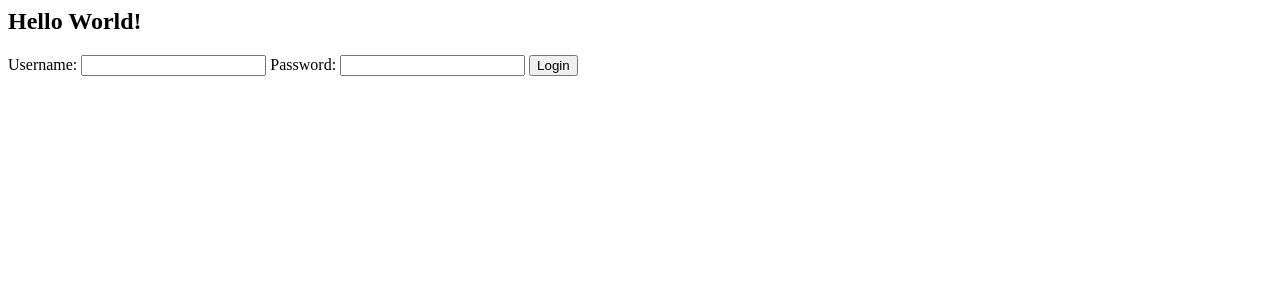
Repository: lharrill01/july_11_current_projects
Page: project1/src/main/webapp/Login.html
These files come from the project's save history. The page is drawn as it stood at one moment and after the next save; the edit follows.
The browser window is 1280 px wide. The pictures show the whole page.

Above is the page before, as saved 2019-07-07 18:48:38.

After the next save:
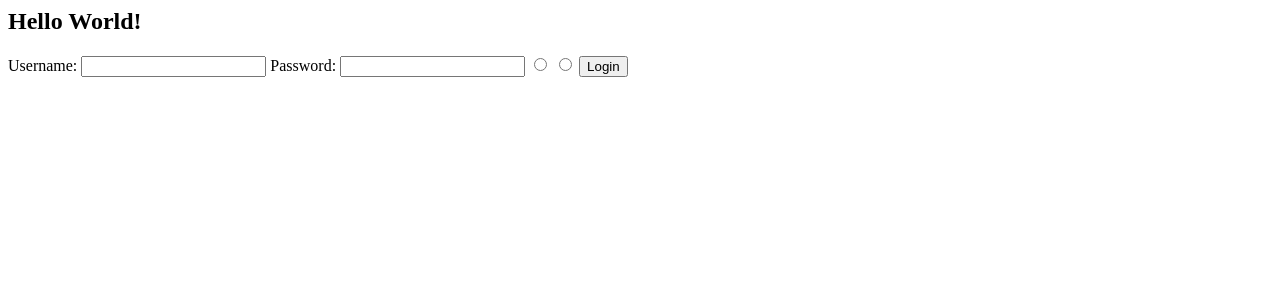
Saved 12 min 16 s later.
--- a/project1/src/main/webapp/Login.html
+++ b/project1/src/main/webapp/Login.html
@@ -7,6 +7,8 @@
 	<input type="text" name="username">
 	<label>Password: </label>
 	<input type="password" name="password">
+	<input type="radio" name="ESswitch" value=1>
+	<input type="radio" name="ESswitch" value=2>
 	<input type="submit" value="Login">
 </form>
 </body>
